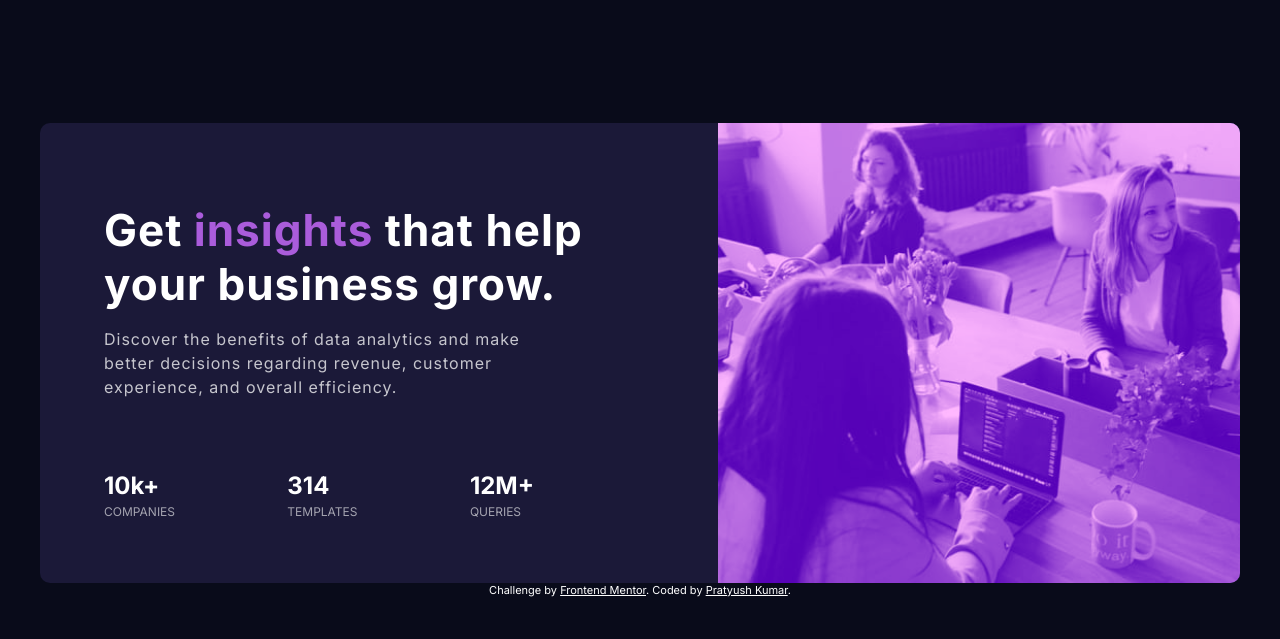
Repository: PratypartyY2K/frontendmentor-challenges
Page: stats-preview-card-component-main/index.html
An editor plug-in stored every save of this project. The page is shown before and after the next save, followed by the edit.
The browser window is 1280 px wide. The pictures show the whole page.

Above is the page before, as saved 2021-07-14 01:17:15.

After the next save:
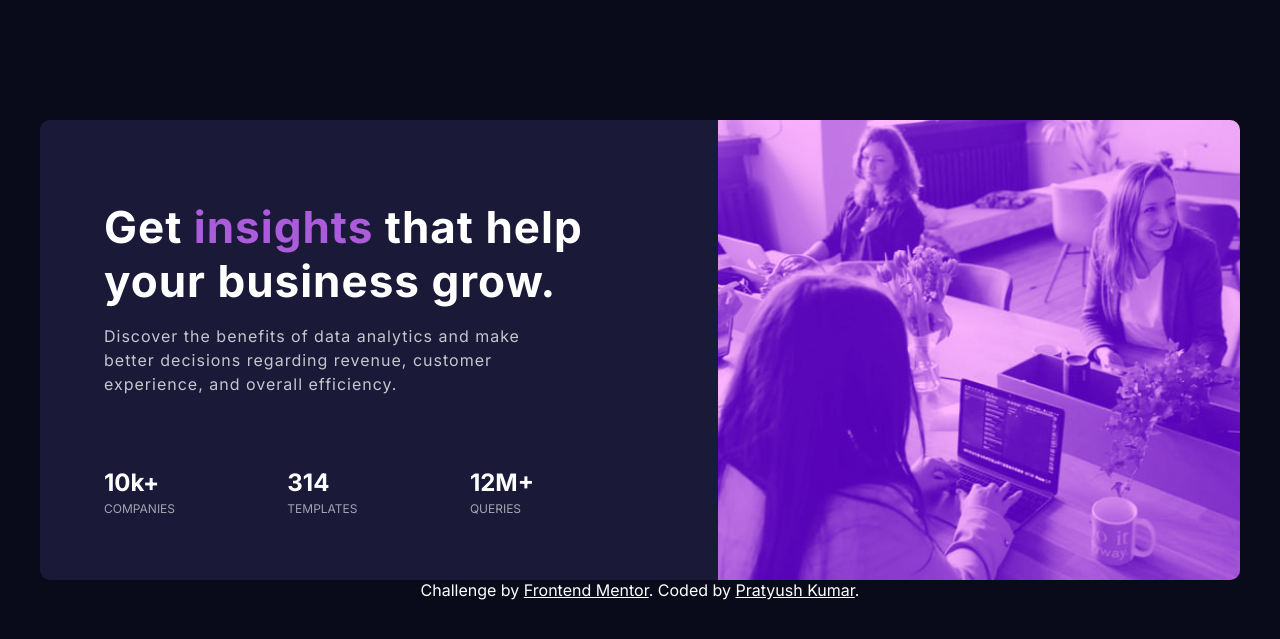
Saved 27 s later.
--- a/stats-preview-card-component-main/style.css
+++ b/stats-preview-card-component-main/style.css
@@ -88,5 +88,5 @@ h3 {
     mix-blend-mode:hard-light;
 }
 
-.attribution { font-size: 11px; text-align: center; color: white; }
+.attribution { font-size: 1rem; text-align: center; color: white; }
 .attribution a { color: hsl(228, 45%, 44%); color: white;}

After the save that followed:
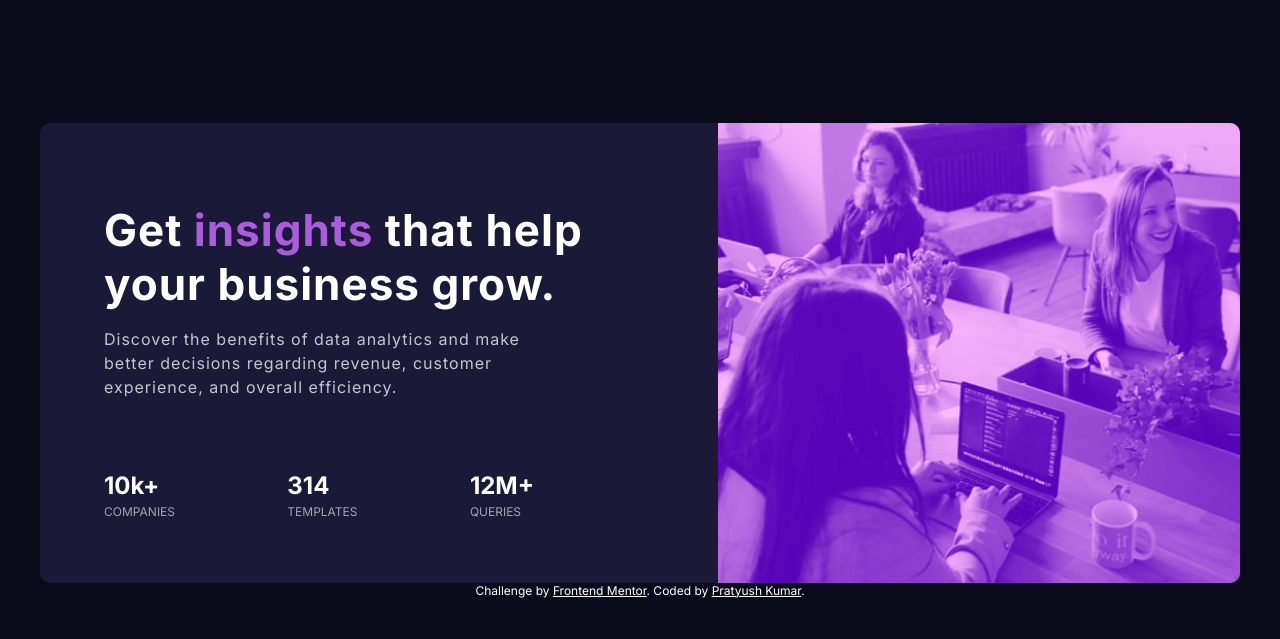
Saved 5 s later.
--- a/stats-preview-card-component-main/style.css
+++ b/stats-preview-card-component-main/style.css
@@ -88,5 +88,5 @@ h3 {
     mix-blend-mode:hard-light;
 }
 
-.attribution { font-size: 1rem; text-align: center; color: white; }
+.attribution { font-size: 0.75rem; text-align: center; color: white; }
 .attribution a { color: hsl(228, 45%, 44%); color: white;}
